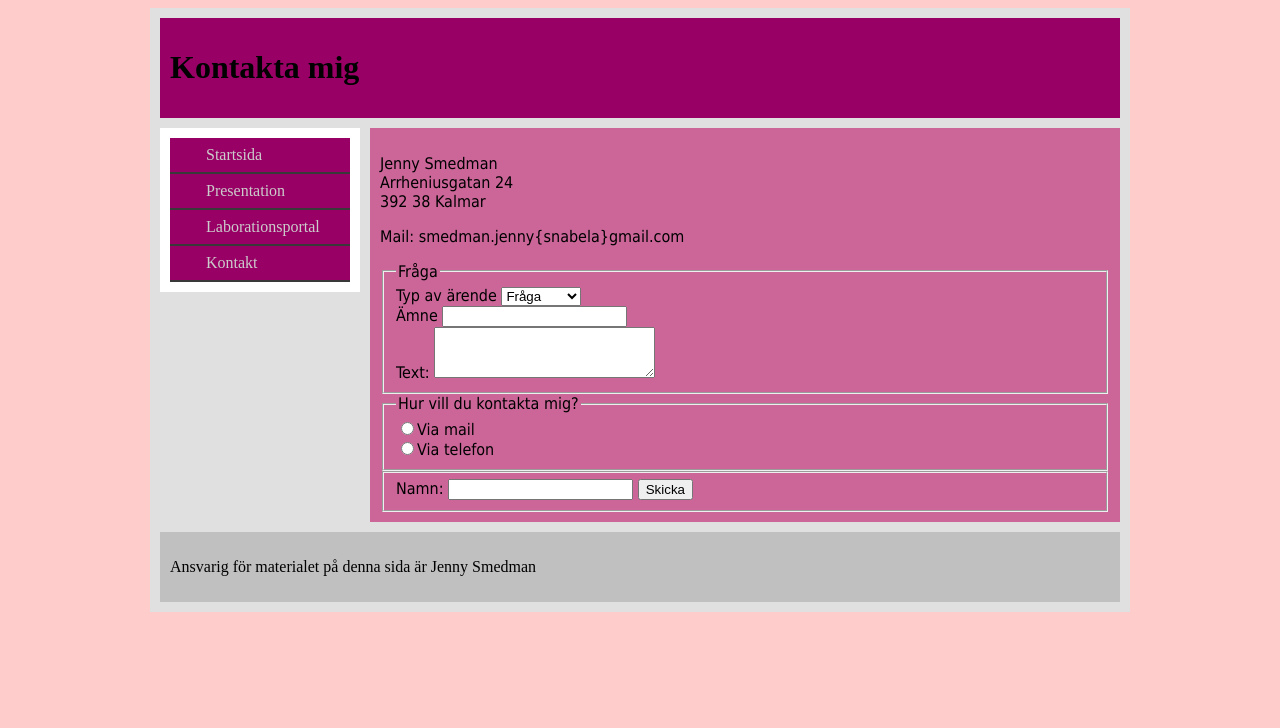
Repository: js223mx/1ik415-js223mx-laborationer
Page: pages/kontakt.html
The author's editor kept a record of every edit. The page is drawn from the files as they stood at one moment, then again after the next edit.
The browser window is 1280 px wide. The pictures show the whole page.

Above is the page before.

### pages/kontakt.html
<!doctype html>
<html lang="sv" >

    <head>

            <meta charset="utf-8" />
            <title>Kontakta mig</title>
            <link rel="stylesheet" type="text/css" href="../css/style.css">

    </head>
    <body>
    <div id="container">

            <div id="header">
            <h1>Kontakta mig</h1>
            </div>

            <div id="navigation">
             <ul>
                <li><a href="../index.html">Startsida</a></li>
                <li><a href="presentation.html">Presentation</a></li>
                <li><a href="laborationer.html">Laborationsportal</a></li>
                <li><a href="kontakt.html">Kontakt</a></li>

            </ul>
            </div>

             <div id="content">
                <p>Jenny Smedman<br>
                    Arrheniusgatan 24<br>
                    392 38 Kalmar
                </p>

                <p>Mail: smedman.jenny{snabela}gmail.com</p>

                <form id="contact-form" action="http://voyager.lnu.se/tekinet/kurser/dtt/wp_webbintro/form.php" method="post">
                    <fieldset>
                        <legend>Fråga</legend>
                        Typ av ärende
                        <select>
                           <option value="Fråga">Fråga</option>
                           <option value="Komentar">Komentar</option>
                        </select><br>
                        <label for="Ämne">Ämne</label>
                        <input name="Ämne" id="Ämne" type="text"><br>
                        <label for="Text">Text:</label>
                        <textarea name="Text" id="Text" cols="25" rows="3"></textarea>
                    </fieldset>
                    <fieldset>
                        <legend>Hur vill du kontakta mig?</legend>
                        <input type="radio" name="Kontakttyp" value="Via mail">Via mail<br>
                        <input type="radio" name="Kontakttyp" value="Via telefon">Via telefon
                    </fieldset>
                       <fieldset>
                           Namn: <input type="text" name="Namn">
                          <input type="submit" value="Skicka">
                       </fieldset>
                </form>
                </div>

             <div id="footer">
             <p>Ansvarig för materialet på denna sida är Jenny Smedman</p>
             </div>
     </div>
    </body>


</html>

### css/style.css
html {
    height: 100%;
}
body {
    background-color: #FFCCCC;
    min-height: 100% !important;
    height: 100;
}
#container {
    width: 960px;
    margin-left: auto;
    margin-right: auto;
}
#navigation {
    width: 180px;
    float: left;
    background-color: #FFFFFF;
    height: 100%;
    margin-right: 10px;
}
#content {
    overflow: scroll;
    background-color: #CC6699;
    height: 100%;
    font-family: "Tahoma", Geneva, sans-serif;
}
#header {
    background-color: #990066;
    margin-bottom: 10px;
}
#footer {
    background-color: #C0C0C0;
    margin-top: 10px;
}
/* body backgroundcolor: #FFCCCC
    navigation backgroundcolor: #FFFFFF
    content backgroundcolor: #CC6699
    header backgroundcolor: #990066
    footer backgroundcolor: #C0C0C0 */

div {
    padding: 10px;
    background-color: #E0E0E0;
}
ul {
    list-style-type:none;
    padding-left: 0;
    margin: 0;
}

h1 {
    font-size: 200%;
}
h2 {
    font-size: 150%;

}
h3 {
    font-size: 125%;
}
p {
    font-size: 100%;

}
.h3{
    border-bottom: 2px solid #000000;
    background-color:transparent;
}
.h3: before{
    width: 46px;
    height: 44px;
    background: url("pics/texticon.png") no-repeat;
    content:"";
    float: left;
    display: block;
    margin: 5px 5px 5px 0;
}
#video
{
    margin-bottom:0px;
}
#blogg {
    margin-bottom:0px;
}
#content a {
    text-decoration: none;
    color: #FFFFFF;
}
#content a:hover {
    text-decoration: underline;
}
/*navigation---------------------------------------------------------*/

#navigation a:hover
{
    background: #CC6699;
	color: #fff;
}
#navigation a {
    background: #990066;
	border-bottom: 2px solid #393939;
	color: #ccc;
	display: block;
	margin: 0px;
	padding: 8px 12px;
	text-decoration: none;
	text-indent: 24px;
}
#navigation .active {
    background-color: #CC6699;
	color: #333;
}
/*table---------------------------------------------------------*/
#table, td, th{
    border:3px solid black;
    background-color:white;
}
.list-title
{
    font-weight:bold;
}

After the next edit:
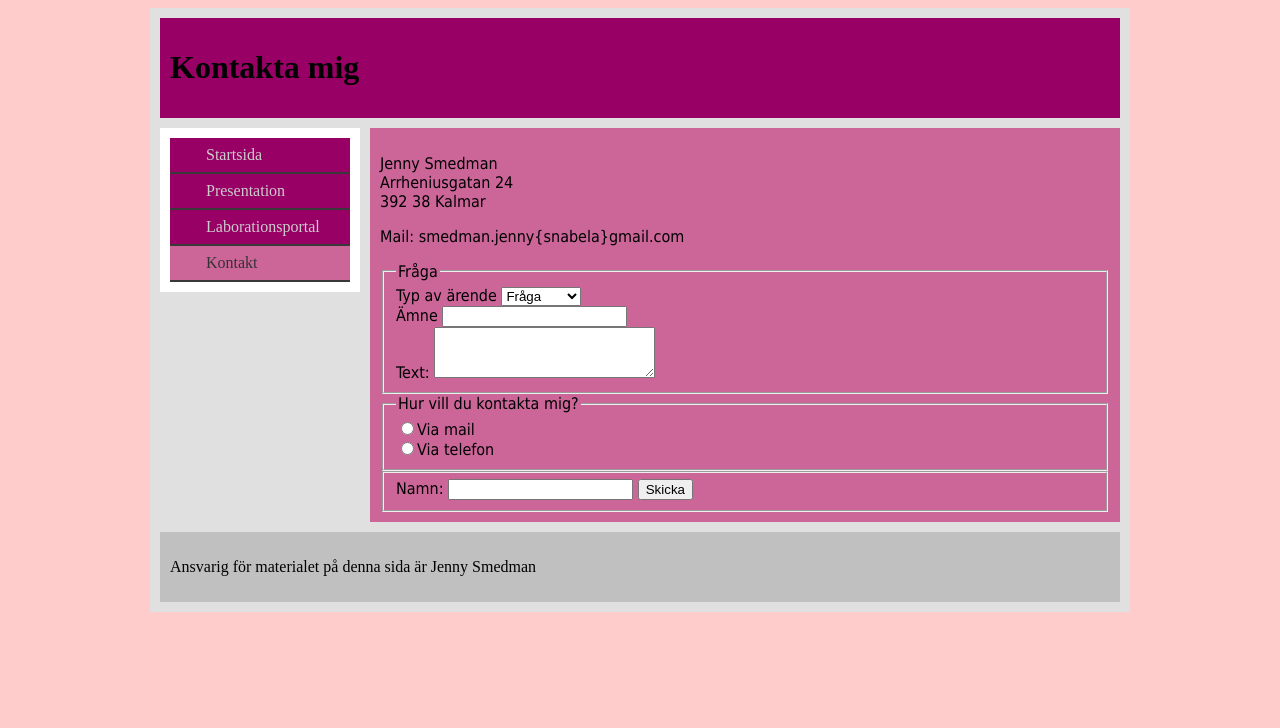
The edit:
--- a/pages/kontakt.html
+++ b/pages/kontakt.html
@@ -20,7 +20,7 @@
                 <li><a href="../index.html">Startsida</a></li>
                 <li><a href="presentation.html">Presentation</a></li>
                 <li><a href="laborationer.html">Laborationsportal</a></li>
-                <li><a href="kontakt.html">Kontakt</a></li>
+                <li><a href="kontakt.html" class="active">Kontakt</a></li>
 
             </ul>
             </div>
